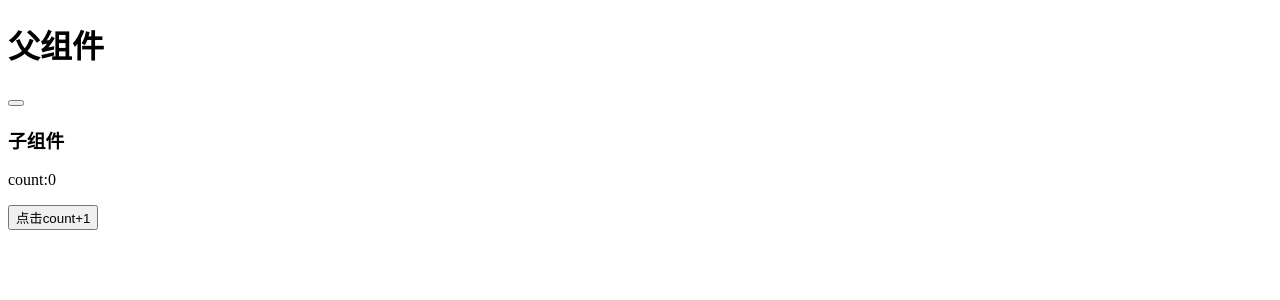
Repository: wanghuitingg/react
Page: 7_组件的传参.html
The author's editor kept a copy of each file at every save. The page is drawn from the files as they stood at one save, then again after a run of saves.
The browser window is 1280 px wide. The pictures show the whole page.

Above is the page before, as saved 2022-04-12 22:03:41.

### 7_组件的传参.html
<!DOCTYPE html>
<html lang="en">

<head>
    <meta charset="UTF-8">
    <meta http-equiv="X-UA-Compatible" content="IE=edge">
    <meta name="viewport" content="width=device-width, initial-scale=1.0">
    <title>Document</title>
    <style>

    </style>
</head>

<body>
    <div id="app"></div>

    <script src="./babel.min.js"></script>
    <script src="./react.development.js"></script>
    <script src="./react-dom.development.js"></script>

    <script type="text/babel">
        class Parent extends React.Component{
            constructor(){
                super()
            }

            render() {
                return(
                    <div>
                        <h1>父组件</h1>
                        <button></button>
                        <Child ref="ChildCom"/>
                    </div>
                )
            }
        }

        class Child extends React.Component{
            constructor(){
                super()
                this.state={
                    count:0
                }
                this.add = this.add.bind(this)
            }
            add(){
                this.setState({
                    count: this.state.count +1
                })
            }
            render(){
                return(
                    <div>
                        <h3>子组件</h3>
                        <p>count:{this.state.count}</p>
                        <button onClick={this.add}>点击count+1</button>
                    </div>
                )
            }
        }

        ReactDOM.render(
            <Parent />,
            document.querySelector("#app")
        )
    </script>

</body>

</html>

Loaded but not shown: babel.min.js (library); react-dom.development.js (library); react.development.js (3555 lines, source omitted)

After the next 31 saves:
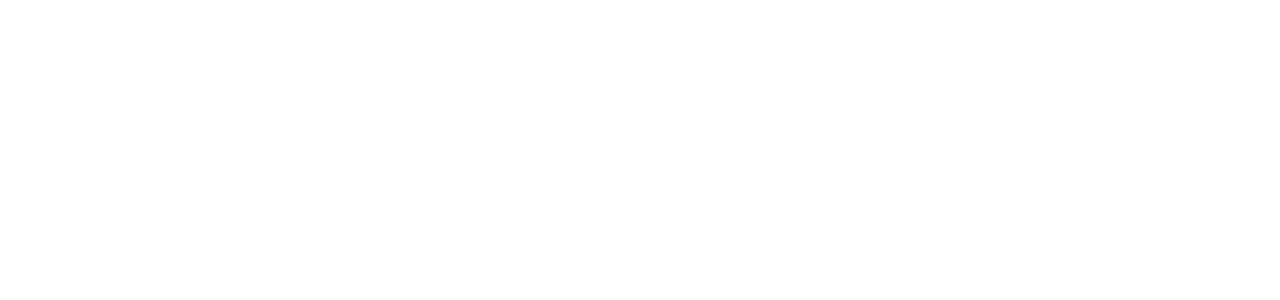
Console error: TypeError: Cannot read properties of undefined (reading 'bind')
The 31 saves are shown as one change because they came seconds apart.
The last was saved 58 s later.
--- a/7_组件的传参.html
+++ b/7_组件的传参.html
@@ -22,13 +22,14 @@
         class Parent extends React.Component{
             constructor(){
                 super()
+                this.addFun = this.addFun.bind(this)
             }
 
             render() {
                 return(
                     <div>
                         <h1>父组件</h1>
-                        <button></button>
+                        <button onClick={this.addFun}>点击后子组件count+1</button>
                         <Child ref="ChildCom"/>
                     </div>
                 )

After the 5 saves that followed:
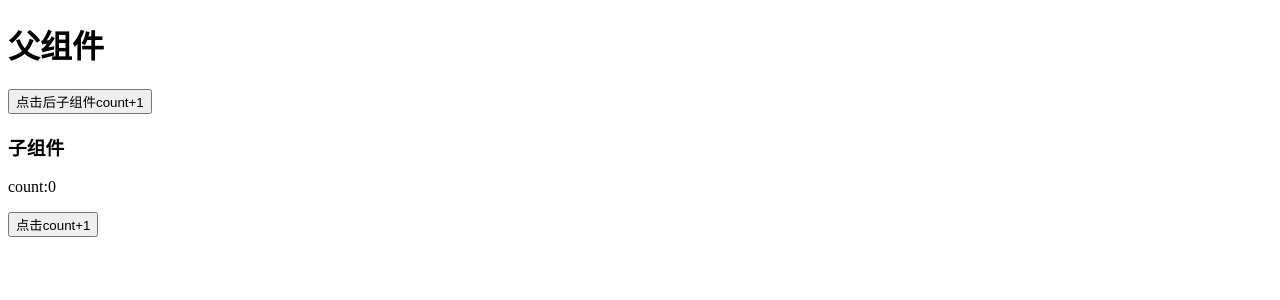
The error is gone.
The 5 saves are shown as one change because 1 left the picture as it was and some came seconds apart.
The last was saved 19 s later.
--- a/7_组件的传参.html
+++ b/7_组件的传参.html
@@ -23,6 +23,10 @@
             constructor(){
                 super()
                 this.addFun = this.addFun.bind(this)
+            }
+
+            addFun(){
+
             }
 
             render() {
